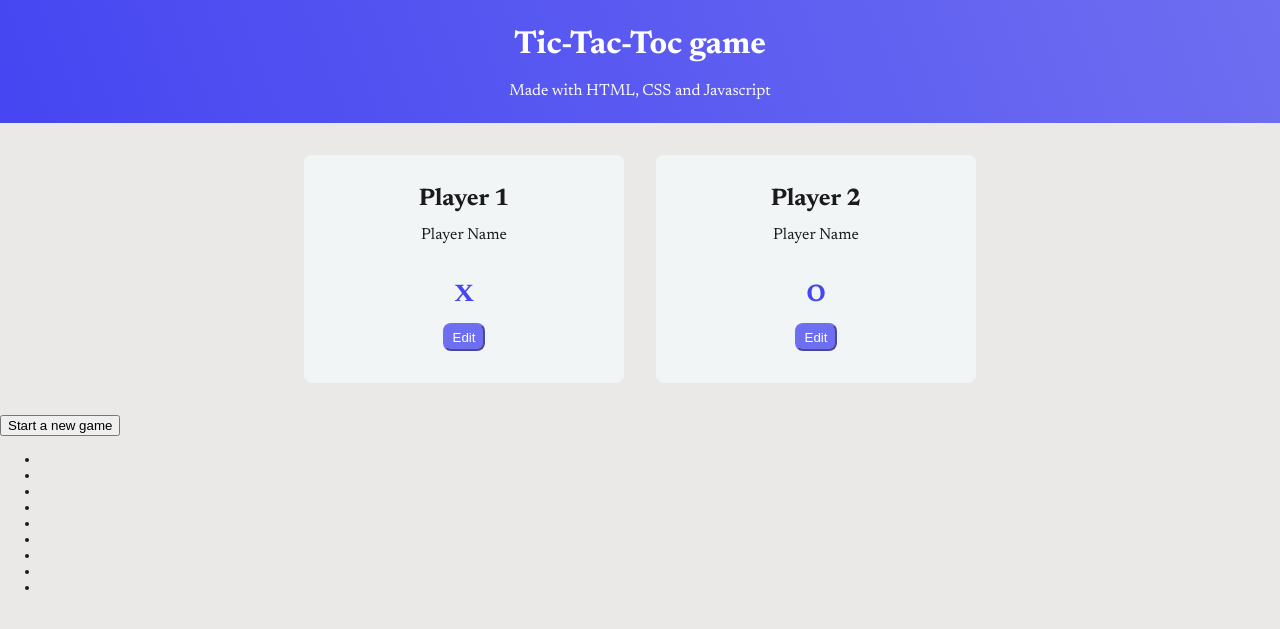
Repository: MicTomm/Tic-tac-toe-game
Page: index.html
An editor plug-in stored every save of this project. The page is shown before and after the next save, followed by the edit.
The browser window is 1280 px wide. The pictures show the whole page.

Above is the page before, as saved 2023-06-23 16:26:48.
Not found: js-code

After the next save:
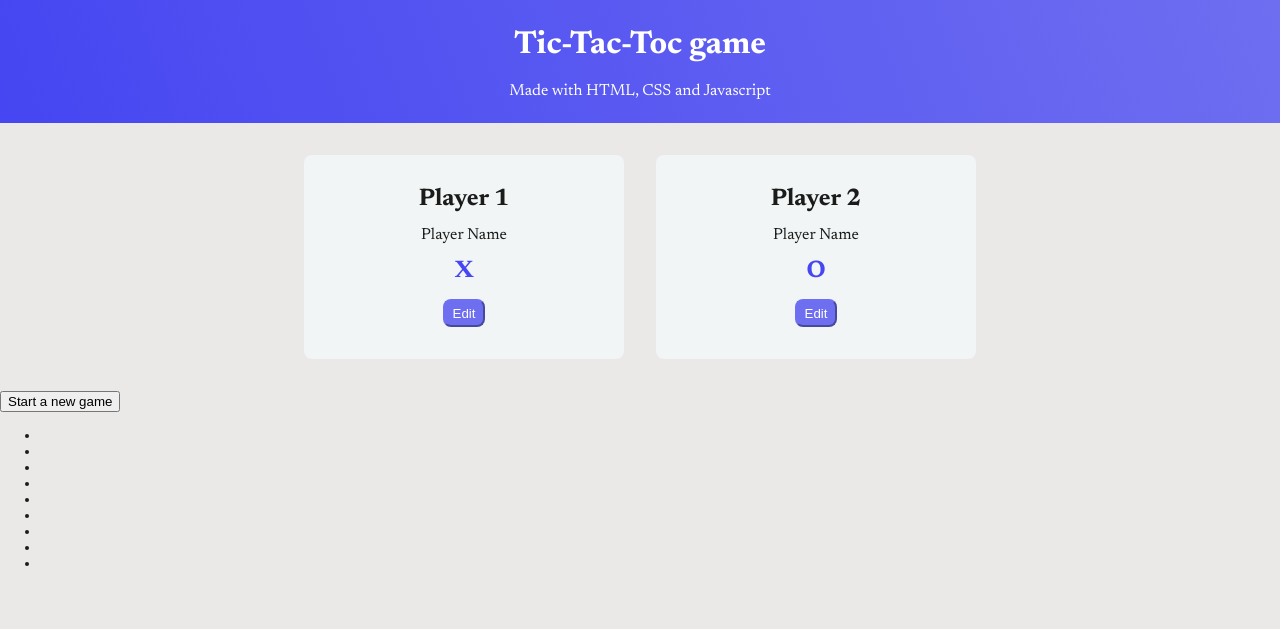
Saved 36 s later.
--- a/styles/configuration.css
+++ b/styles/configuration.css
@@ -10,7 +10,7 @@
 }
 
 #game-configuration .symbol{
-    margin-bottom: 1rem;
+    margin: 0rem 0rem 1rem 0rem;
     font-weight: 700;
     font-size: 1.5rem;
     color: rgb(70, 70, 242);
